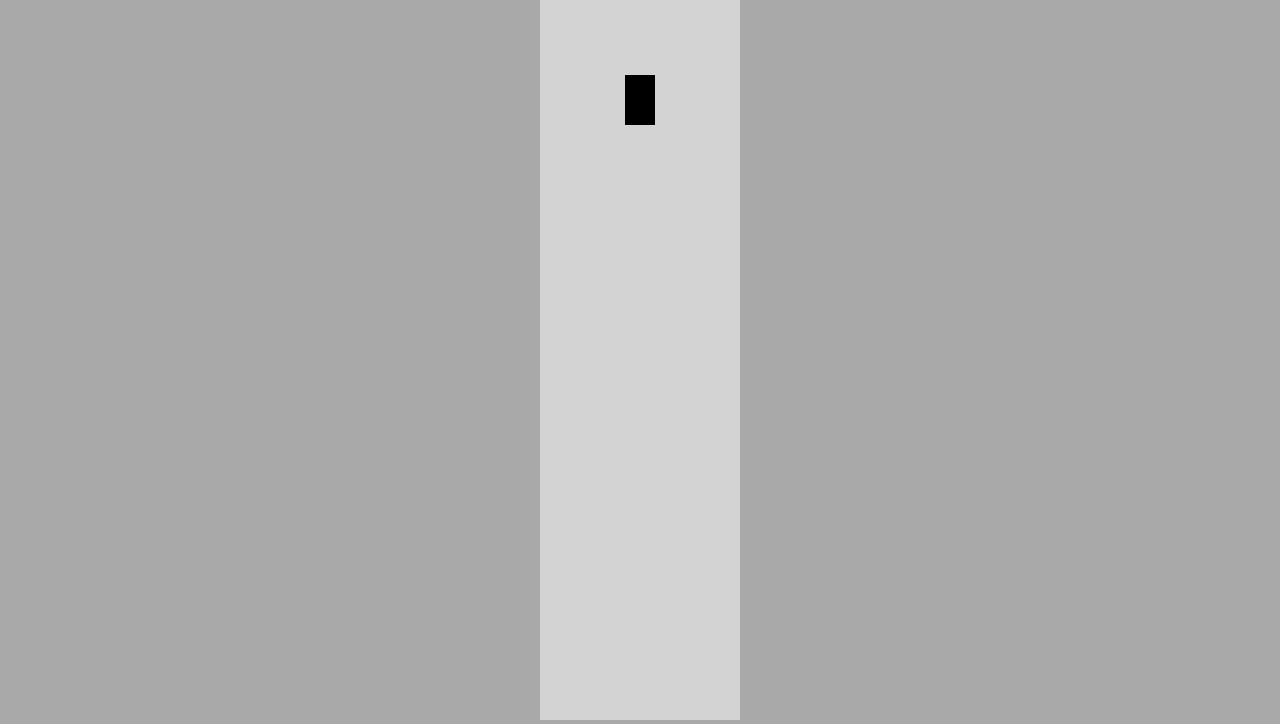
Repository: anonymous1508/Free_roam_car
Page: index.html
An editor plug-in stored every save of this project. The page is shown before and after the next save, followed by the edit.
The browser window is 1280 px wide. The pictures show the whole page.

Above is the page before, as saved 2023-09-04 09:39:04.

### index.html
<!DOCTYPE html>
<html lang="en">
<head>
    <meta charset="UTF-8">
    <meta name="viewport" content="width=device-width, initial-scale=1.0">
    <link rel="stylesheet" href="style.css">
    <title>car-driving</title>
</head>
<body>
    <canvas id="myCanvas"></canvas>



 <script src="car.js"></script>
 <script src="controls.js"></script>
 <script src="main.js"></script>

</body>
</html>

### style.css
body{
    margin:0;
    background:darkgray;
    overflow: hidden;
    text-align: center;
}
#myCanvas{
    background: lightgray;

}

### car.js
class Car{
    constructor(x,y,width,height){
        this.x=x;
        this.y=y;
        this.width=width;
        this.height=height;

        this.speed=0;
        this.acceleration=0.2;
        this.maxSpeed=3;
        this.friction=0.05;
        this.angle=0;

        this.controls=new Controls();
    }

    update(){
        this.#move();
    }

    #move(){
        if(this.controls.forward){
            this.speed+=this.acceleration;
        }
        if(this.controls.reverse){
            this.speed-=this.acceleration;
        }

        if(this.speed>this.maxSpeed){
            this.speed=this.maxSpeed;
        }
        if(this.speed<-this.maxSpeed/2){
            this.speed=-this.maxSpeed/2;
        }

        if(this.speed>0){
            this.speed-=this.friction;
        }
        if(this.speed<0){
            this.speed+=this.friction;
        }
        if(Math.abs(this.speed)<this.friction){
            this.speed=0;
        }

        if(this.speed!=0){
            const flip=this.speed>0?1:-1;
            if(this.controls.left){
                this.angle+=0.03*flip;
            }
            if(this.controls.right){
                this.angle-=0.03*flip;
            }
        }

        this.x-=Math.sin(this.angle)*this.speed;
        this.y-=Math.cos(this.angle)*this.speed;
    }

    draw(ctx){
        ctx.save();
        ctx.translate(this.x,this.y);
        ctx.rotate(-this.angle);

        ctx.beginPath();
        ctx.rect(
            -this.width/2,
            -this.height/2,
            this.width,
            this.height
        );
        ctx.fill();

        ctx.restore();
    }
}

### controls.js
class Controls{
    constructor(){
        this.forward=false;
        this.left=false;
        this.right=false;
        this.reverse=false;

        this.#addKeyboardListeners();
    }

    #addKeyboardListeners(){
        document.onkeydown=(event)=>{
            switch(event.key){
                case "ArrowLeft":
                    this.left=true;
                    break;
                case "ArrowRight":
                    this.right=true;
                    break;
                case "ArrowUp":
                    this.forward=true;
                    break;
                case "ArrowDown":
                    this.reverse=true;
                    break;
            }
        }
        document.onkeyup=(event)=>{
            switch(event.key){
                case "ArrowLeft":
                    this.left=false;
                    break;
                case "ArrowRight":
                    this.right=false;
                    break;
                case "ArrowUp":
                    this.forward=false;
                    break;
                case "ArrowDown":
                    this.reverse=false;
                    break;
            }
        }
    }
}

### main.js


const canvas=document.getElementById("myCanvas");

canvas.width=200;


const ctx=canvas.getContext("2d");
const car=new Car(100,100,30,50);
animate();
function animate(){
    car.update();
    canvas.height=window.innerHeight;
    car.draw(ctx);
    requestAnimationFrame(animate);
}

### road.js


After the next save:
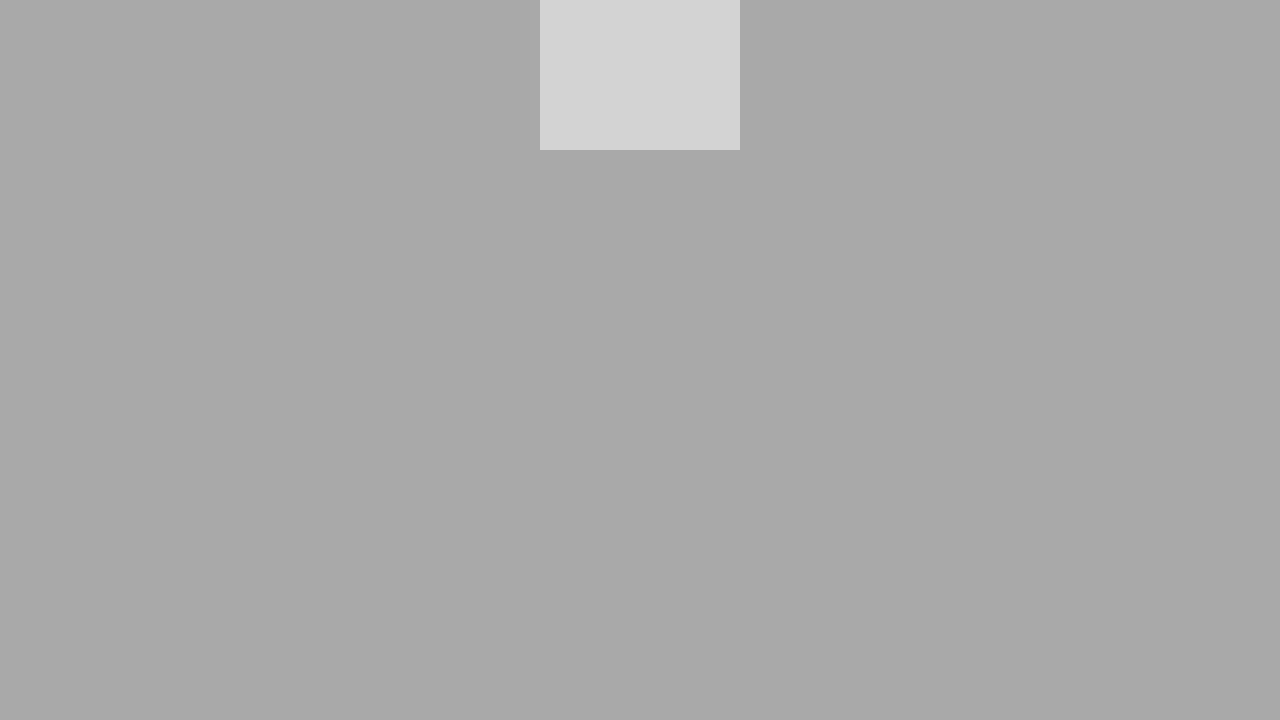
Console error: ReferenceError: Road is not defined
Saved 5 min 35 s later.
--- a/main.js
+++ b/main.js
@@ -6,11 +6,13 @@ canvas.width=200;
 
 
 const ctx=canvas.getContext("2d");
+const road= new Road(canvas.width/2,canvas.width)
 const car=new Car(100,100,30,50);
 animate();
 function animate(){
     car.update();
     canvas.height=window.innerHeight;
+    road.draw(ctx);
     car.draw(ctx);
     requestAnimationFrame(animate);
 }

After the 6 saves that followed:
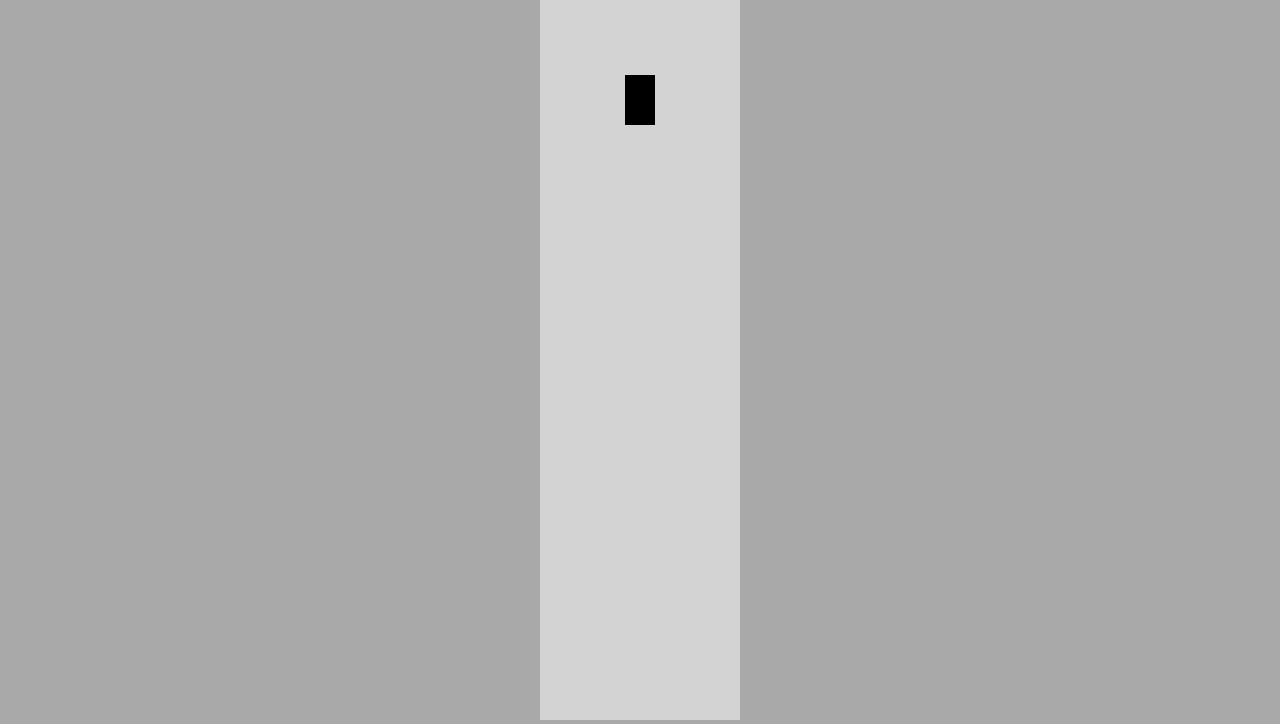
The error is gone.
The 6 saves are shown as one change because 5 left the picture as it was.
The last was saved 4 min 17 s later.
--- a/index.html
+++ b/index.html
@@ -10,9 +10,13 @@
     <canvas id="myCanvas"></canvas>
 
 
+<script src="road.js">
+
+</script><script src="controls.js"></script>
 
  <script src="car.js"></script>
- <script src="controls.js"></script>
+
+
  <script src="main.js"></script>
 
 </body>
--- a/road.js
+++ b/road.js
@@ -0,0 +1,25 @@
+class Road{
+    constructor(x,width,lanecount=3){
+        this.x=x;
+        this.width=width;
+        this.lanecount=lanecount;
+
+        this.left=x-width/2;
+        this.right=x+width/2;
+
+        const infinity=1000000;
+        this.tops-=infinity;
+        this.bottom=infinity;
+    }
+    draw(ctx){
+        ctx.laneWidth=5;
+        ctx.strokeStyle ="white";
+
+        ctx.beginPath();
+        ctx.moveTo(this.right,this.top);
+        ctx.lineTo(this.right,this.bottom);
+        ctx.stroke();
+
+    }
+
+}
